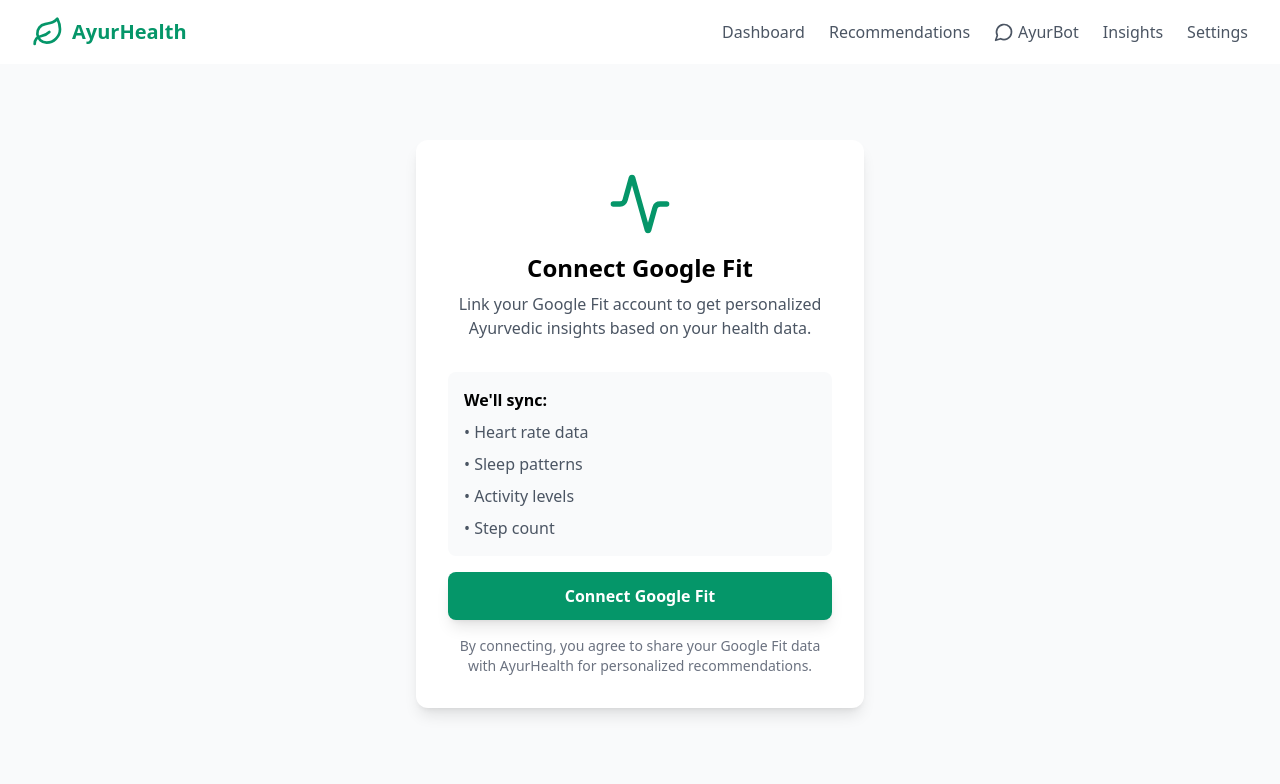
Repository: HridayAgg/AyurHealth
Page: /connect-google-fit
The author's editor kept a copy of each file at every save. The page is drawn from the files as they stood at one save, then again after the next save.
The browser window is 1280 px wide. The pictures show the whole page.
The page's requests for data from a server got no answer. Some web fonts or font styles are not loaded; a fallback is used. The project was rebuilt for these pictures with package versions that can differ from the ones it lists, and the page was loaded fresh each time. No one was signed in, and anything a server would have sent is missing. Also part of the build but not shown: vite.config.ts, src/pages/Home.tsx, src/pages/Settings.tsx, src/pages/Recommendations.tsx, src/pages/ArticleDetail.tsx, src/pages/Chat.tsx.

Above is the page before, as saved 2025-03-16 00:13:01.

### index.html
<!doctype html>
<html lang="en">
  <head>
    <meta charset="UTF-8" />
    <link rel="icon" type="image/svg+xml" href="/vite.svg" />
    <meta name="viewport" content="width=device-width, initial-scale=1.0" />
    <title>AyurHealth - Balance Your Health with Ayurveda & AI</title>
    <link rel="stylesheet" href="https://rsms.me/inter/inter.css">
  </head>
  <body>
    <div id="root"></div>
    <script type="module" src="/src/main.tsx"></script>
  </body>
</html>

### src/App.tsx
import React from 'react';
import { BrowserRouter as Router, Routes, Route } from 'react-router-dom';
import { Navbar } from './components/Navbar';
import { Home } from './pages/Home';
import { Settings } from './pages/Settings';
import { Recommendations } from './pages/Recommendations';
import { ArticleDetail } from './pages/ArticleDetail';
import { GoogleFitAuth } from './pages/GoogleFitAuth';
import { Chat } from './pages/Chat';
import { ThemeProvider } from './contexts/ThemeContext';

function App() {
  return (
    <ThemeProvider>
      <Router>
        <div className="min-h-screen bg-gray-50 dark:bg-gray-900 transition-colors duration-200">
          <Navbar />
          <Routes>
            <Route path="/" element={<Home />} />
            <Route path="/settings" element={<Settings />} />
            <Route path="/recommendations" element={<Recommendations />} />
            <Route path="/article/:slug" element={<ArticleDetail />} />
            <Route path="/connect-google-fit" element={<GoogleFitAuth />} />
            <Route path="/chat" element={<Chat />} />

            {/* Catch-all route for unknown URLs */}
            <Route path="*" element={
              <div className="h-screen flex flex-col items-center justify-center bg-white dark:bg-gray-800 text-gray-700 dark:text-gray-200">
                <h1 className="text-6xl font-bold text-emerald-600">404</h1>
                <p className="text-xl mt-2">Oops! Page not found.</p>
              </div>
            } />
          </Routes>
        </div>
      </Router>
    </ThemeProvider>
  );
}

export default App;

### src/components/Navbar.tsx
import React from 'react';
import { Link } from 'react-router-dom';
import { Leaf, MessageCircle } from 'lucide-react';

export const Navbar: React.FC = () => {
  return (
    <nav className="bg-white shadow-md">
      <div className="max-w-7xl mx-auto px-4 sm:px-6 lg:px-8">
        <div className="flex justify-between h-16">
          <div className="flex items-center">
            <Link to="/" className="flex items-center space-x-2">
              <Leaf className="h-8 w-8 text-emerald-600" />
              <span className="text-xl font-bold text-emerald-600">AyurHealth</span>
            </Link>
          </div>
          <div className="flex items-center space-x-6">
            <Link to="/dashboard" className="text-gray-600 hover:text-emerald-600">Dashboard</Link>
            <Link to="/recommendations" className="text-gray-600 hover:text-emerald-600">Recommendations</Link>
            <Link to="/chat" className="text-gray-600 hover:text-emerald-600 flex items-center gap-1">
              <MessageCircle className="h-5 w-5" />
              AyurBot
            </Link>
            <Link to="/insights" className="text-gray-600 hover:text-emerald-600">Insights</Link>
            <Link to="/settings" className="text-gray-600 hover:text-emerald-600">Settings</Link>
          </div>
        </div>
      </div>
    </nav>
  );
};

### src/pages/GoogleFitAuth.tsx
import React, { useState } from 'react';
import { Activity, CheckCircle, XCircle } from 'lucide-react';
import { Button } from '../components/Button';

export const GoogleFitAuth: React.FC = () => {
  const [isConnecting, setIsConnecting] = useState(false);
  const [connectionStatus, setConnectionStatus] = useState<'idle' | 'success' | 'error'>('idle');

  const handleGoogleFitConnect = async () => {
    setIsConnecting(true);
    try {
      // Google Fit API integration will go here
      // For now, simulating the connection process
      await new Promise(resolve => setTimeout(resolve, 2000));
      setConnectionStatus('success');
    } catch (error) {
      setConnectionStatus('error');
    } finally {
      setIsConnecting(false);
    }
  };

  return (
    <div className="min-h-screen bg-gray-50 flex items-center justify-center">
      <div className="bg-white p-8 rounded-xl shadow-lg max-w-md w-full">
        <div className="text-center mb-8">
          <div className="flex justify-center mb-4">
            <Activity className="h-16 w-16 text-emerald-600" />
          </div>
          <h1 className="text-2xl font-bold mb-2">Connect Google Fit</h1>
          <p className="text-gray-600">
            Link your Google Fit account to get personalized Ayurvedic insights based on your health data.
          </p>
        </div>

        <div className="space-y-4">
          <div className="bg-gray-50 p-4 rounded-lg">
            <h3 className="font-semibold mb-2">We'll sync:</h3>
            <ul className="space-y-2 text-gray-600">
              <li>• Heart rate data</li>
              <li>• Sleep patterns</li>
              <li>• Activity levels</li>
              <li>• Step count</li>
            </ul>
          </div>

          {connectionStatus === 'success' && (
            <div className="flex items-center gap-2 text-green-600 bg-green-50 p-4 rounded-lg">
              <CheckCircle className="h-5 w-5" />
              <span>Successfully connected to Google Fit!</span>
            </div>
          )}

          {connectionStatus === 'error' && (
            <div className="flex items-center gap-2 text-red-600 bg-red-50 p-4 rounded-lg">
              <XCircle className="h-5 w-5" />
              <span>Failed to connect. Please try again.</span>
            </div>
          )}

          <Button
            onClick={handleGoogleFitConnect}
            disabled={isConnecting || connectionStatus === 'success'}
            className="w-full"
          >
            {isConnecting ? 'Connecting...' : 'Connect Google Fit'}
          </Button>

          <p className="text-sm text-gray-500 text-center">
            By connecting, you agree to share your Google Fit data with AyurHealth for personalized recommendations.
          </p>
        </div>
      </div>
    </div>
  );
};

### src/contexts/ThemeContext.tsx
import React, { createContext, useContext, useEffect, useState } from 'react';

type ThemeContextType = {
  darkMode: boolean;
  toggleDarkMode: () => void;
};

const ThemeContext = createContext<ThemeContextType | undefined>(undefined);

export const ThemeProvider: React.FC<{ children: React.ReactNode }> = ({ children }) => {
  const [darkMode, setDarkMode] = useState(() => {
    // Check localStorage and system preference on initial load
    const savedMode = localStorage.getItem('darkMode');
    if (savedMode !== null) {
      return JSON.parse(savedMode);
    }
    return window.matchMedia('(prefers-color-scheme: dark)').matches;
  });

  useEffect(() => {
    // Update localStorage and document class when darkMode changes
    localStorage.setItem('darkMode', JSON.stringify(darkMode));
    if (darkMode) {
      document.documentElement.classList.add('dark');
    } else {
      document.documentElement.classList.remove('dark');
    }
  }, [darkMode]);

  const toggleDarkMode = () => {
    setDarkMode(!darkMode);
  };

  return (
    <ThemeContext.Provider value={{ darkMode, toggleDarkMode }}>
      {children}
    </ThemeContext.Provider>
  );
};

export const useTheme = () => {
  const context = useContext(ThemeContext);
  if (context === undefined) {
    throw new Error('useTheme must be used within a ThemeProvider');
  }
  return context;
};

### src/components/Button.tsx
import React from 'react';

interface ButtonProps extends React.ButtonHTMLAttributes<HTMLButtonElement> {
  variant?: 'primary' | 'secondary';
  children: React.ReactNode;
}

export const Button: React.FC<ButtonProps> = ({
  variant = 'primary',
  children,
  className = '',
  ...props
}) => {
  const baseStyles = 'px-6 py-3 rounded-lg font-semibold transition-all duration-200 ease-in-out';
  const variants = {
    primary: 'bg-emerald-600 text-white hover:bg-emerald-700 shadow-lg hover:shadow-xl',
    secondary: 'bg-white text-emerald-600 border-2 border-emerald-600 hover:bg-emerald-50'
  };

  return (
    <button
      className={`${baseStyles} ${variants[variant]} ${className}`}
      {...props}
    >
      {children}
    </button>
  );
};

### tailwind.config.js
/** @type {import('tailwindcss').Config} */
export default {
  content: ['./index.html', './src/**/*.{js,ts,jsx,tsx}'],
  darkMode: 'class',
  theme: {
    extend: {
      fontFamily: {
        sans: ['Inter var', 'system-ui', 'sans-serif'],
      },
    },
  },
  plugins: [
    require('@tailwindcss/typography'),
  ],
};

### src/services/googleFit.ts
const GOOGLE_FIT_CLIENT_ID = process.env.VITE_GOOGLE_FIT_CLIENT_ID || '';
const GOOGLE_FIT_SCOPES = [
  'https://www.googleapis.com/auth/fitness.activity.read',
  'https://www.googleapis.com/auth/fitness.body.read',
  'https://www.googleapis.com/auth/fitness.heart_rate.read',
  'https://www.googleapis.com/auth/fitness.sleep.read'
];

class GoogleFitService {
  private static instance: GoogleFitService;
  private accessToken: string | null = null;

  private constructor() {
    // Load the Google API client library
    const script = document.createElement('script');
    script.src = 'https://apis.google.com/js/api.js';
    script.onload = () => {
      window.gapi.load('auth2', () => {
        window.gapi.auth2.init({
          client_id: GOOGLE_FIT_CLIENT_ID,
          scope: GOOGLE_FIT_SCOPES.join(' ')
        });
      });
    };
    document.body.appendChild(script);
  }

  public static getInstance(): GoogleFitService {
    if (!GoogleFitService.instance) {
      GoogleFitService.instance = new GoogleFitService();
    }
    return GoogleFitService.instance;
  }

  public async signIn(): Promise<void> {
    try {
      const auth2 = window.gapi.auth2.getAuthInstance();
      const googleUser = await auth2.signIn();
      this.accessToken = googleUser.getAuthResponse().access_token;
      localStorage.setItem('googleFitToken', this.accessToken);
    } catch (error) {
      console.error('Error signing in with Google Fit:', error);
      throw error;
    }
  }

  public async signOut(): Promise<void> {
    try {
      const auth2 = window.gapi.auth2.getAuthInstance();
      await auth2.signOut();
      this.accessToken = null;
      localStorage.removeItem('googleFitToken');
    } catch (error) {
      console.error('Error signing out from Google Fit:', error);
      throw error;
    }
  }

  public isSignedIn(): boolean {
    return !!this.accessToken || !!localStorage.getItem('googleFitToken');
  }

  public async fetchActivityData(startTimeMillis: number, endTimeMillis: number) {
    if (!this.accessToken) {
      throw new Error('Not authenticated with Google Fit');
    }

    const response = await fetch('https://www.googleapis.com/fitness/v1/users/me/dataset:aggregate', {
      method: 'POST',
      headers: {
        'Authorization': `Bearer ${this.accessToken}`,
        'Content-Type': 'application/json'
      },
      body: JSON.stringify({
        aggregateBy: [{
          dataTypeName: "com.google.step_count.delta",
          dataSourceId: "derived:com.google.step_count.delta:com.google.android.gms:estimated_steps"
        }],
        bucketByTime: { durationMillis: 86400000 }, // 1 day
        startTimeMillis,
        endTimeMillis
      })
    });

    return response.json();
  }

  public async fetchHeartRateData(startTimeMillis: number, endTimeMillis: number) {
    if (!this.accessToken) {
      throw new Error('Not authenticated with Google Fit');
    }

    const response = await fetch('https://www.googleapis.com/fitness/v1/users/me/dataset:aggregate', {
      method: 'POST',
      headers: {
        'Authorization': `Bearer ${this.accessToken}`,
        'Content-Type': 'application/json'
      },
      body: JSON.stringify({
        aggregateBy: [{
          dataTypeName: "com.google.heart_rate.bpm",
          dataSourceId: "derived:com.google.heart_rate.bpm:com.google.android.gms:merge_heart_rate_bpm"
        }],
        bucketByTime: { durationMillis: 3600000 }, // 1 hour
        startTimeMillis,
        endTimeMillis
      })
    });

    return response.json();
  }
}

export default GoogleFitService;

Loaded but not shown: src/main.tsx (common file); src/index.css (common file)

After the next save:
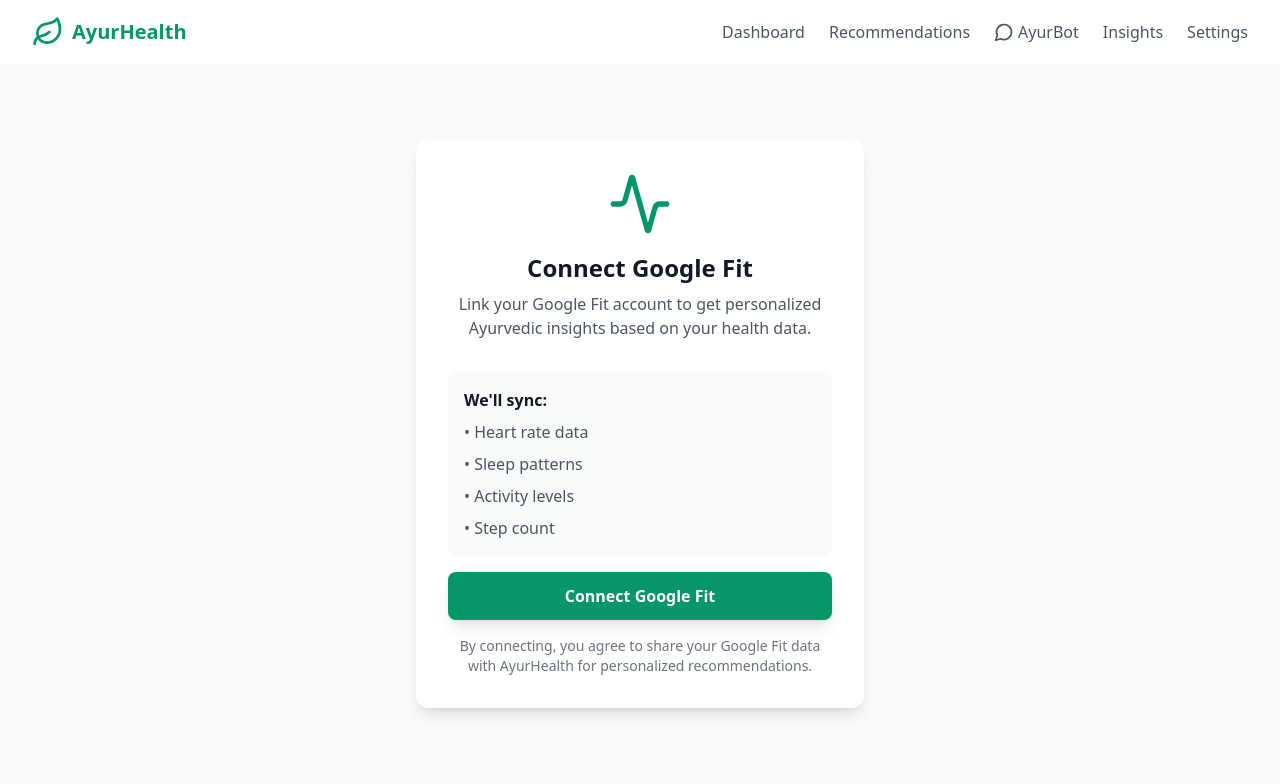
Saved 51 s later.
--- a/src/pages/GoogleFitAuth.tsx
+++ b/src/pages/GoogleFitAuth.tsx
@@ -1,42 +1,83 @@
-import React, { useState } from 'react';
-import { Activity, CheckCircle, XCircle } from 'lucide-react';
+import React, { useState, useEffect } from 'react';
+import { useNavigate } from 'react-router-dom';
+import { Activity, CheckCircle, XCircle, Loader2 } from 'lucide-react';
 import { Button } from '../components/Button';
+import GoogleFitService from '../services/googleFit';
 
 export const GoogleFitAuth: React.FC = () => {
   const [isConnecting, setIsConnecting] = useState(false);
   const [connectionStatus, setConnectionStatus] = useState<'idle' | 'success' | 'error'>('idle');
+  const [errorMessage, setErrorMessage] = useState<string>('');
+  const navigate = useNavigate();
+
+  useEffect(() => {
+    // Check if already connected
+    const isSignedIn = GoogleFitService.getInstance().isSignedIn();
+    if (isSignedIn) {
+      setConnectionStatus('success');
+    }
+  }, []);
 
   const handleGoogleFitConnect = async () => {
     setIsConnecting(true);
+    setErrorMessage('');
+
     try {
-      // Google Fit API integration will go here
-      // For now, simulating the connection process
-      await new Promise(resolve => setTimeout(resolve, 2000));
+      await GoogleFitService.getInstance().signIn();
       setConnectionStatus('success');
+
+      // Fetch initial data
+      const now = Date.now();
+      const weekAgo = now - 7 * 24 * 60 * 60 * 1000;
+
+      // Fetch activity and heart rate data in parallel
+      await Promise.all([
+        GoogleFitService.getInstance().fetchActivityData(weekAgo, now),
+        GoogleFitService.getInstance().fetchHeartRateData(weekAgo, now)
+      ]);
+
+      // Redirect to dashboard after successful connection
+      setTimeout(() => {
+        navigate('/dashboard');
+      }, 2000);
     } catch (error) {
+      console.error('Failed to connect to Google Fit:', error);
       setConnectionStatus('error');
+      setErrorMessage(error instanceof Error ? error.message : 'Failed to connect to Google Fit');
+    } finally {
+      setIsConnecting(false);
+    }
+  };
+
+  const handleDisconnect = async () => {
+    setIsConnecting(true);
+    try {
+      await GoogleFitService.getInstance().signOut();
+      setConnectionStatus('idle');
+    } catch (error) {
+      console.error('Failed to disconnect from Google Fit:', error);
     } finally {
       setIsConnecting(false);
     }
   };
 
   return (
-    <div className="min-h-screen bg-gray-50 flex items-center justify-center">
-      <div className="bg-white p-8 rounded-xl shadow-lg max-w-md w-full">
+    <div className="min-h-screen bg-gray-50 dark:bg-gray-900 flex items-center justify-center">
+      <div className="bg-white dark:bg-gray-800 p-8 rounded-xl shadow-lg max-w-md w-full">
         <div className="text-center mb-8">
           <div className="flex justify-center mb-4">
             <Activity className="h-16 w-16 text-emerald-600" />
           </div>
-          <h1 className="text-2xl font-bold mb-2">Connect Google Fit</h1>
-          <p className="text-gray-600">
+          <h1 className="text-2xl font-bold mb-2 text-gray-900 dark:text-white">Connect Google Fit</h1>
+          <p className="text-gray-600 dark:text-gray-400">
             Link your Google Fit account to get personalized Ayurvedic insights based on your health data.
           </p>
         </div>
 
         <div className="space-y-4">
-          <div className="bg-gray-50 p-4 rounded-lg">
-            <h3 className="font-semibold mb-2">We'll sync:</h3>
-            <ul className="space-y-2 text-gray-600">
+          <div className="bg-gray-50 dark:bg-gray-700 p-4 rounded-lg">
+            <h3 className="font-semibold mb-2 text-gray-900 dark:text-white">We'll sync:</h3>
+            <ul className="space-y-2 text-gray-600 dark:text-gray-400">
               <li>• Heart rate data</li>
               <li>• Sleep patterns</li>
               <li>• Activity levels</li>
@@ -45,28 +86,54 @@
           </div>
 
           {connectionStatus === 'success' && (
-            <div className="flex items-center gap-2 text-green-600 bg-green-50 p-4 rounded-lg">
+            <div className="flex items-center gap-2 text-green-600 bg-green-50 dark:bg-green-900/20 p-4 rounded-lg">
               <CheckCircle className="h-5 w-5" />
-              <span>Successfully connected to Google Fit!</span>
+              <span className="dark:text-green-400">Successfully connected to Google Fit!</span>
             </div>
           )}
 
           {connectionStatus === 'error' && (
-            <div className="flex items-center gap-2 text-red-600 bg-red-50 p-4 rounded-lg">
+            <div className="flex items-center gap-2 text-red-600 bg-red-50 dark:bg-red-900/20 p-4 rounded-lg">
               <XCircle className="h-5 w-5" />
-              <span>Failed to connect. Please try again.</span>
+              <span className="dark:text-red-400">
+                {errorMessage || 'Failed to connect. Please try again.'}
+              </span>
             </div>
           )}
 
-          <Button
-            onClick={handleGoogleFitConnect}
-            disabled={isConnecting || connectionStatus === 'success'}
-            className="w-full"
-          >
-            {isConnecting ? 'Connecting...' : 'Connect Google Fit'}
-          </Button>
+          {connectionStatus === 'success' ? (
+            <Button
+              onClick={handleDisconnect}
+              disabled={isConnecting}
+              className="w-full bg-red-600 hover:bg-red-700 text-white"
+            >
+              {isConnecting ? (
+                <div className="flex items-center justify-center gap-2">
+                  <Loader2 className="h-5 w-5 animate-spin" />
+                  Disconnecting...
+                </div>
+              ) : (
+                'Disconnect Google Fit'
+              )}
+            </Button>
+          ) : (
+            <Button
+              onClick={handleGoogleFitConnect}
+              disabled={isConnecting}
+              className="w-full"
+            >
+              {isConnecting ? (
+                <div className="flex items-center justify-center gap-2">
+                  <Loader2 className="h-5 w-5 animate-spin" />
+                  Connecting...
+                </div>
+              ) : (
+                'Connect Google Fit'
+              )}
+            </Button>
+          )}
 
-          <p className="text-sm text-gray-500 text-center">
+          <p className="text-sm text-gray-500 dark:text-gray-400 text-center">
             By connecting, you agree to share your Google Fit data with AyurHealth for personalized recommendations.
           </p>
         </div>
